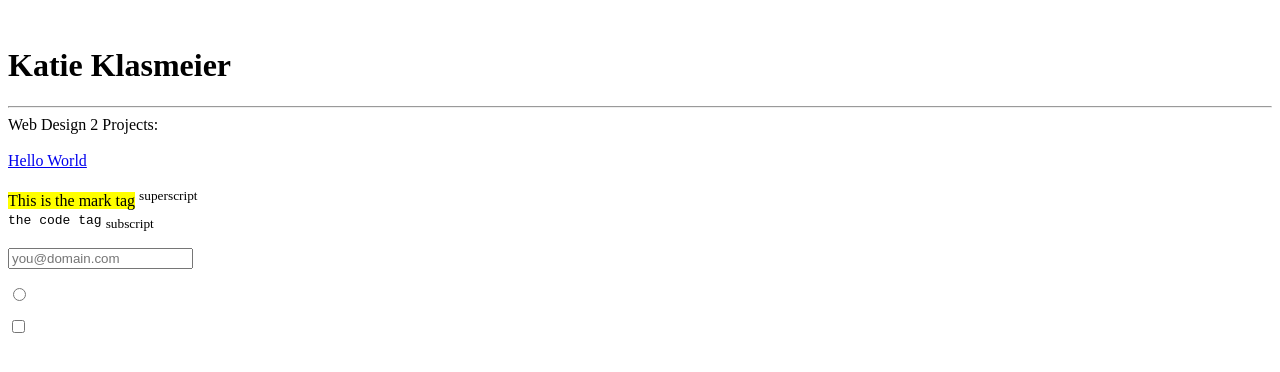
Repository: kklasmei/kklasmei.github.io
Page: index.html
The author's editor kept a record of every edit. The page is drawn from the files as they stood at one moment, then again after the next edit.
The browser window is 1280 px wide. The pictures show the whole page.

Above is the page before.

After the next edit:
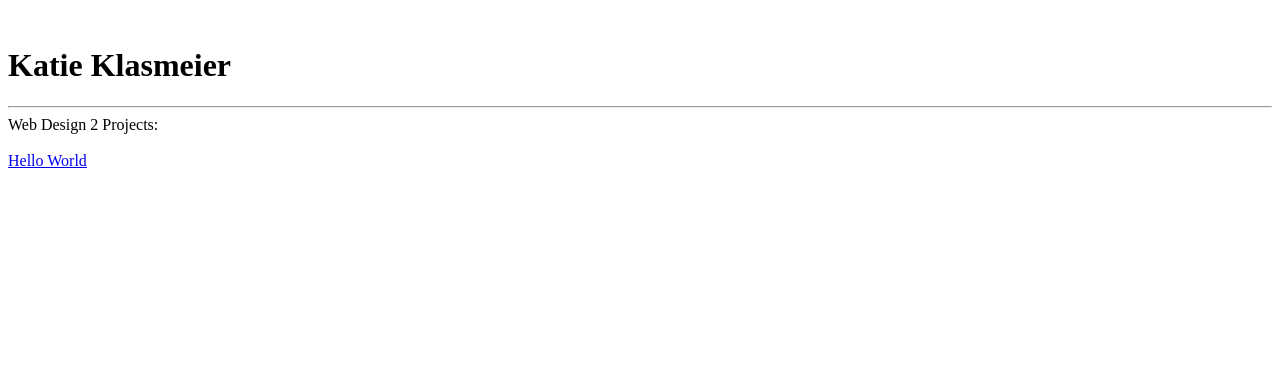
The edit:
--- a/index.html
+++ b/index.html
@@ -9,18 +9,7 @@
         <p1>Web Design 2 Projects:</p1>
         <br>
         <br>
-        <a href= "proj1/page2.html">Hello World</a>
-        <br>
-        <br>
-        <mark>This is the mark tag</mark>
-        <sup>superscript</sup>
-        <br>
-        <code>the code tag</code>
-        <sub>subscript</sub>
-        <br>
-        <p><input type="text" placeholder="you@domain.com"></p>
-        <p><input type="radio"></p>
-        <p><input type="checkbox"></p>
+        <a href= "proj1/helloworld.html">Hello World</a>
     </body>
 
 
